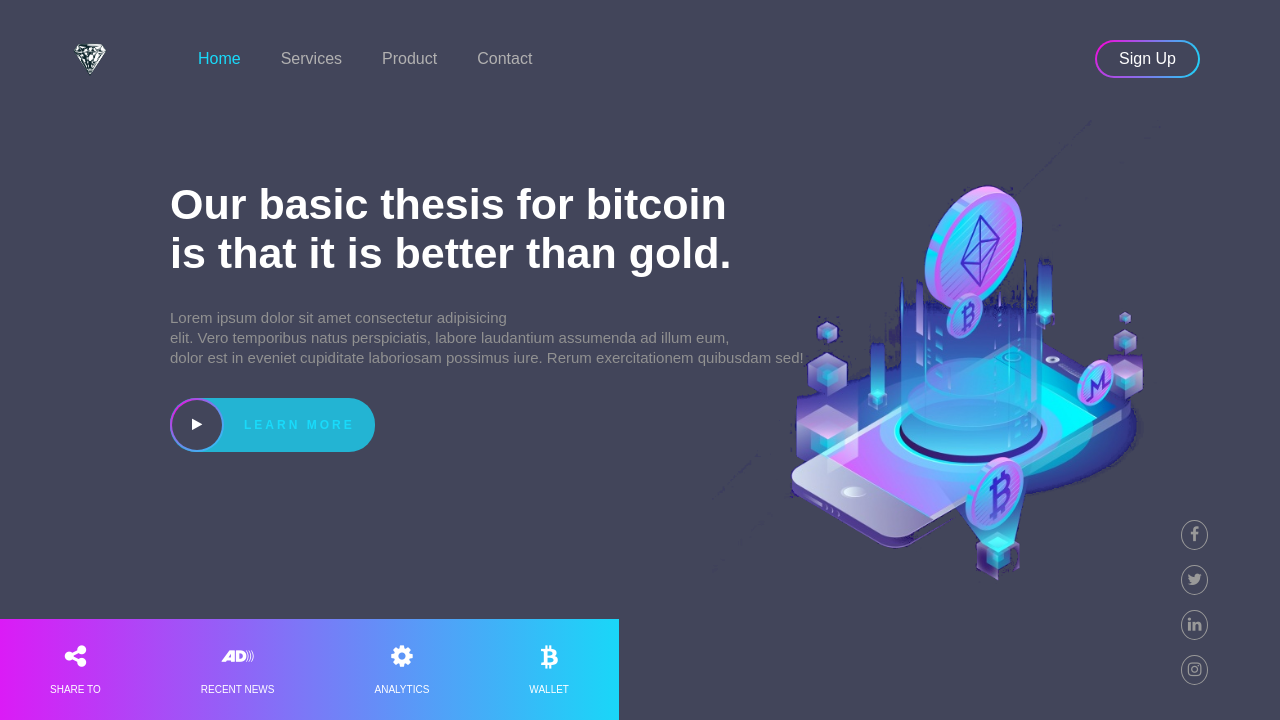
Repository: Aakarshit-Sharma19/Basic-HTML-and-CSS-Page-
Page: index.html
These files come from the project's save history. The page is drawn as it stood at one moment and after the next save; the edit follows.
The browser window is 1280 px wide. The pictures show the whole page.
The pointer rests on the first visible `.play-btn`.

Above is the page before, as saved 2020-11-10 17:31:51.

### index.html
<!DOCTYPE html>
<html lang="en">

<head>
    <title>Crypto Currency Web App - Easy Tutorials</title>
    <link rel="stylesheet" href="style.css">
    <link rel="stylesheet" href="https://stackpath.bootstrapcdn.com/font-awesome/4.7.0/css/font-awesome.min.css">
</head>

<body>
    <!-- container -->
    <div class="container">

        <!-- menu -->
        <div class="menu">
            <ul>
                <li class="logo"><img src="1349.png" alt="diamond"></li>
                <li class="active">Home</li>
                <li>Services</li>
                <li>Product</li>
                <li>Contact</li>
                <li><a href="#" class="signup-btn"><span>Sign Up</span></a></li>
            </ul>
        </div>

        <!-- banner -->
        <div class="banner">

            <!-- App text -->
            <div class="app-text">
                <h1>Our basic thesis for bitcoin <br> is that it is better than gold.</h1>
                <p>Lorem ipsum dolor sit amet consectetur adipisicing <br>elit. Vero temporibus natus perspiciatis,
                    labore
                    laudantium assumenda ad illum eum,<br>  dolor est in eveniet cupiditate laboriosam possimus iure.
                    Rerum
                    exercitationem quibusdam sed!</p>
                <div class="play-btn">
                    <div class="play-btn-inner"><i class="fa fa-play" aria-hidden="true"></i>
                    </div>
                    <small><b>LEARN MORE</b></small>
                </div>
            </div>

            <!-- App picture -->
            <div class="app-picture">
                <img src="background.png" alt="">
            </div>
        </div>

        <!-- Quick Links -->
        <div class="quick-links">
            <ul>
                <li>
                    <i class="fa fa-share-alt" aria-hidden="true"></i><p>SHARE TO</p>
                </li>
                <li>
                   <i class="fa fa-audio-description" aria-hidden="true"></i><p>RECENT NEWS</p>
                </li>
                <li>
                    <i class="fa fa-cog" aria-hidden="true"></i><p>ANALYTICS</p>
                </li>
                <li>
                    <i class="fa fa-btc" aria-hidden="true"></i><p>WALLET</p>
                </li>
            </ul>

        </div>

        <!-- Social Icons -->
        <div class="social-icons">
            <ul>
                <li><a href="#"><i class="fa fa-facebook" aria-hidden="true"></i></a></li>
                <li><a href="#"><i class="fa fa-twitter" aria-hidden="true"></i></a></li>
                <li><a href="#"><i class="fa fa-linkedin" aria-hidden="true"></i></a></li>
                <li><a href="#"><i class="fa fa-instagram" aria-hidden="true"></i></a></li>
            </ul>
        </div>
    </div>
</body>

</html>

### style.css
* {
    margin: 0;
    padding: 0;
    font-family: sans-serif;
}

body{
    background: #42455a;
}
.container{
    width: 100%;
    height: 100%;
}

.menu ul{
    display: inline-flex;
    margin: 50px;
}

.menu ul li{
    list-style: none;
    margin: 0 20px;
    color: #b2b1b1;
    cursor: pointer;
}
.menu ul li:hover{
    color: aliceblue;
}
.logo img{
    width: 40px;
    margin-top: -12px;
    margin-right: 48px;
}

.active{
    color: #19dafa!important;
}

.signup-btn{
    top: 40px;
    right: 80px;
    position: absolute;
    text-decoration: none;
    color: #fff;
    border: 2px solid transparent;
    border-radius: 20px;
    background-image: linear-gradient(#42455a, #42455a), radial-gradient(circle at top left, #fd00da, #19d7f8);
    background-origin: border-box;
    background-clip: content-box,border-box;
}

.signup-btn:hover{
    background-color: #19dafa!important;
    background-origin: padding-box;
}

.signup-btn span{
    display: block;
    padding: 8px 22px;
}

.banner{
    width: 80%;
    height: 70%;
    top: 25%;
    left: 130px;
    position: absolute;
    color: #fff;
}

.app-text{
    width: 50%;
    float: left;
}

.app-text h1{
    font-size: 43px;
    width: 640px;
    position: relative;
    margin-left: 40px;
}

.app-text p{
    font-size: 15px;
    width: 650px;
    margin: 30px 0 30px 40px;
    line-height: 20px;
    color: #919191;
}

.app-picture{
    width: 50%;
    float: right;
}

.app-picture img{
    width: 100%;
    margin-top: -60px;
    padding-left: 70px;
}

.play-btn{
    margin-left: 40px;
    display: inline-flex;
}

.play-btn-inner{
    height: 50px;
    width: 50px;
    border: 2px solid transparent;
    border-radius: 50%;
    background-image: linear-gradient(#42455a, #42455a), radial-gradient(circle at top left, #fd00da, #19d7f8);
    background-origin: border-box;
    background-clip: content-box,border-box;
    text-align: center;
}
.play-btn-inner .fa{
    padding: 18px 0px;
    font-size: 13px;
    cursor: pointer;
}
.play-btn:hover{
    background-color: #19d8fac2;
    border-radius: 26px;
    color: white;
}

small{
    margin: auto 20px;
    cursor: pointer;
    font-size: 12px;
    color: #19dafa;
    letter-spacing: 3px;
}
.quick-links{
    left: 0;
    bottom: 0;
    position: absolute;
    background: linear-gradient(to right, #db1bf6, #19d7f8);
}
.quick-links ul{
    display: inline-flex;
    margin: 25px auto;
    text-align: center;
}
.quick-links ul li{
    list-style: none;
    margin: 0 50px;
    cursor: pointer;
}
.quick-links ul li .fa{
    font-size: 25px;
    color: white;
}

.quick-links ul li p{
    margin-top: 15px;
    font-size: 10px;
    color: white;
}

.social-icons{
    right: 72px;
    bottom: 35px;
    position: absolute;
}

.social-icons ul li{
    list-style: none;
    margin-top: 15px;
    text-align: center;
}

.social-icons ul li a{
    color: #999;
    border-radius: 50%;
    border: 1px solid #999;
    padding: 5px;
    display: block;
}

After the next save:
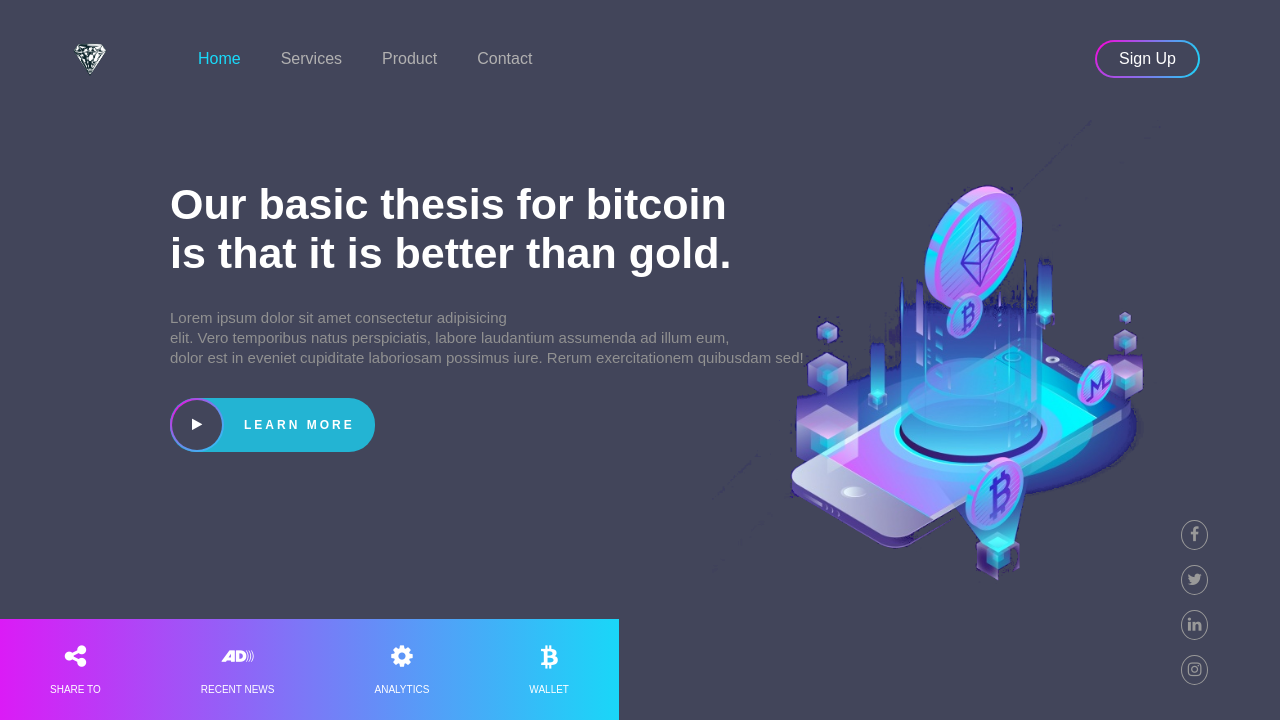
Saved 54 s later.
--- a/style.css
+++ b/style.css
@@ -122,7 +122,10 @@ body{
 .play-btn:hover{
     background-color: #19d8fac2;
     border-radius: 26px;
+}
+.play-btn:hover small{
     color: white;
+
 }
 
 small{
